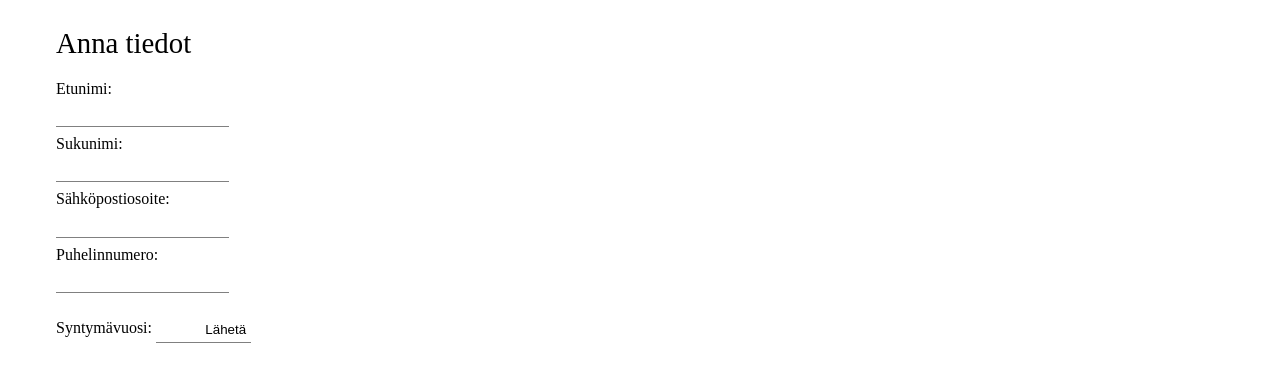
Repository: sirkian/ohj2-t4
Page: http://localhost/Tehtava3/kysy.jsp
These files come from the project's save history. The page is drawn as it stood at one moment and after the next save; the edit follows.
The browser window is 1280 px wide. The pictures show the whole page.
The page is served by Tomcat 9.

Above is the page before, as saved 2022-03-23 13:50:04.

After the next save:
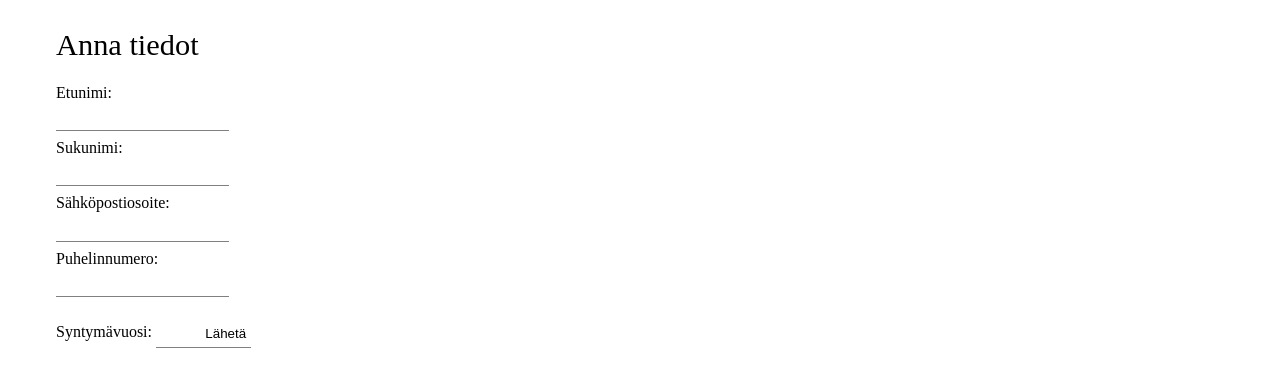
Saved 34 s later.
--- a/Tehtava3/src/main/webapp/kysy.jsp
+++ b/Tehtava3/src/main/webapp/kysy.jsp
@@ -38,7 +38,7 @@
 		background-color: lightgray;
 	}
 	h1 {
-		font-size: 1.8em;
+		font-size: 1.9em;
 		font-weight: 400;
 	}
 </style>

After the save that followed:
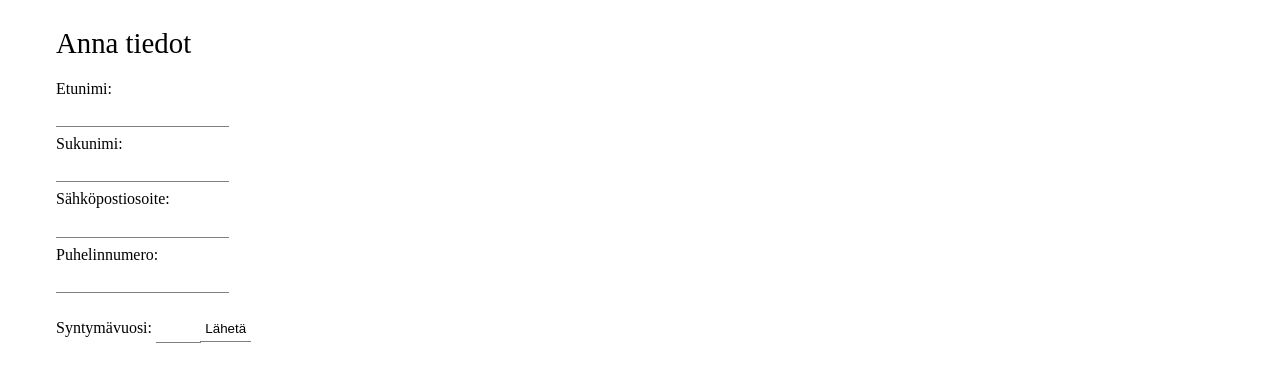
Saved 14 s later.
--- a/Tehtava3/src/main/webapp/kysy.jsp
+++ b/Tehtava3/src/main/webapp/kysy.jsp
@@ -32,13 +32,13 @@
 		border-bottom: 1px solid gray;
 		position: relative;
 		left: 90%;
-		bottom: 2.6em;
+		bottom: 2.7em;
 	}
 	input[type=submit]:hover {
 		background-color: lightgray;
 	}
 	h1 {
-		font-size: 1.9em;
+		font-size: 1.8em;
 		font-weight: 400;
 	}
 </style>
